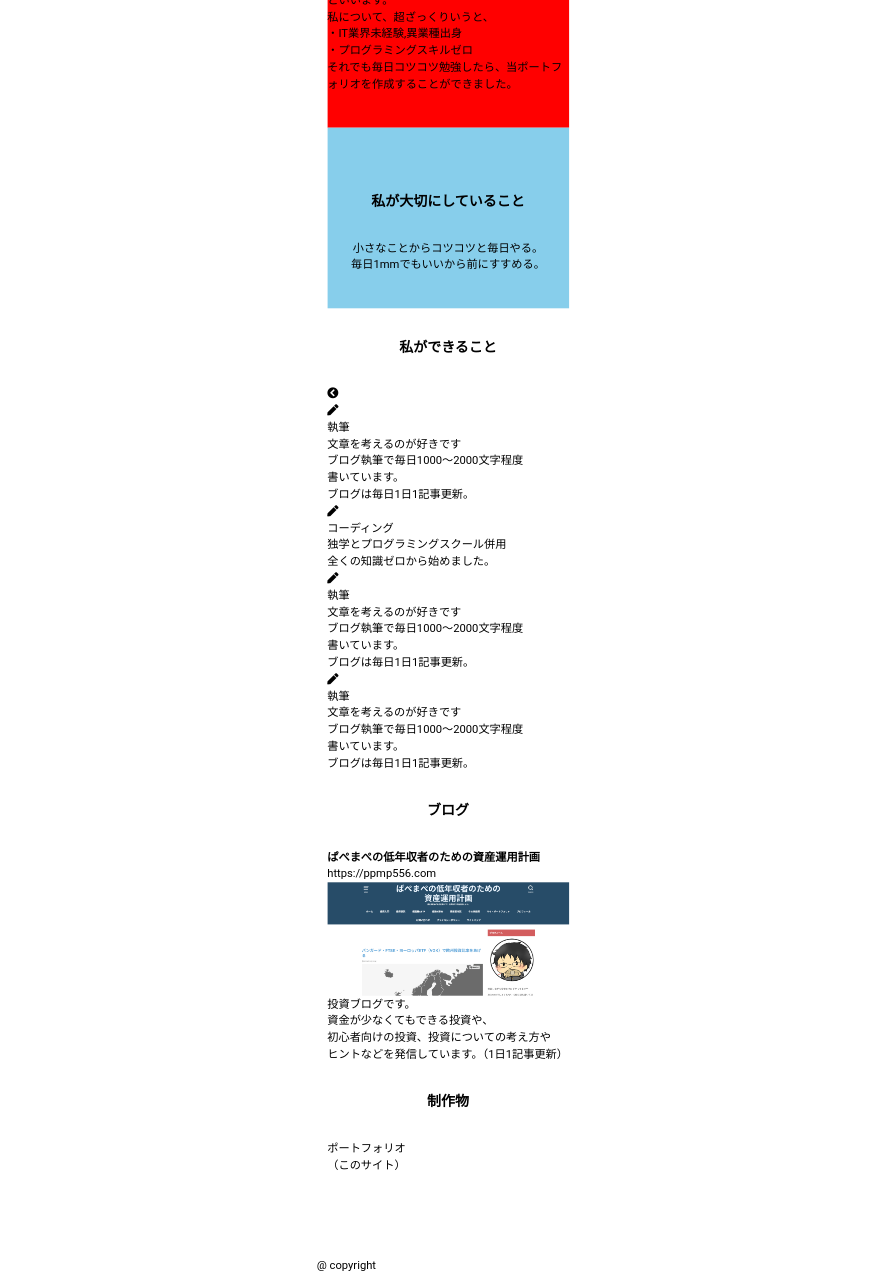
Repository: ppmp556/portfolio6
Page: index copy.html
These files come from the project's save history. The page is drawn as it stood at one moment and after the next save; the edit follows.
The browser window is 1280 px wide. The pictures show the part of the page from y = 1269 to 3189 px (the page is 3089 px tall before and 3189 px after), at 70% of full size.
Some web libraries are served in a nearby version. The style sheet was rebuilt from its Sass, Less or Tailwind sources for each picture, by a compiler version that may differ from the author's.

Above is the page before, as saved 2020-10-11 21:52:40.
Console error: TypeError: Cannot read properties of null (reading 'addEventListener')

After the next save:
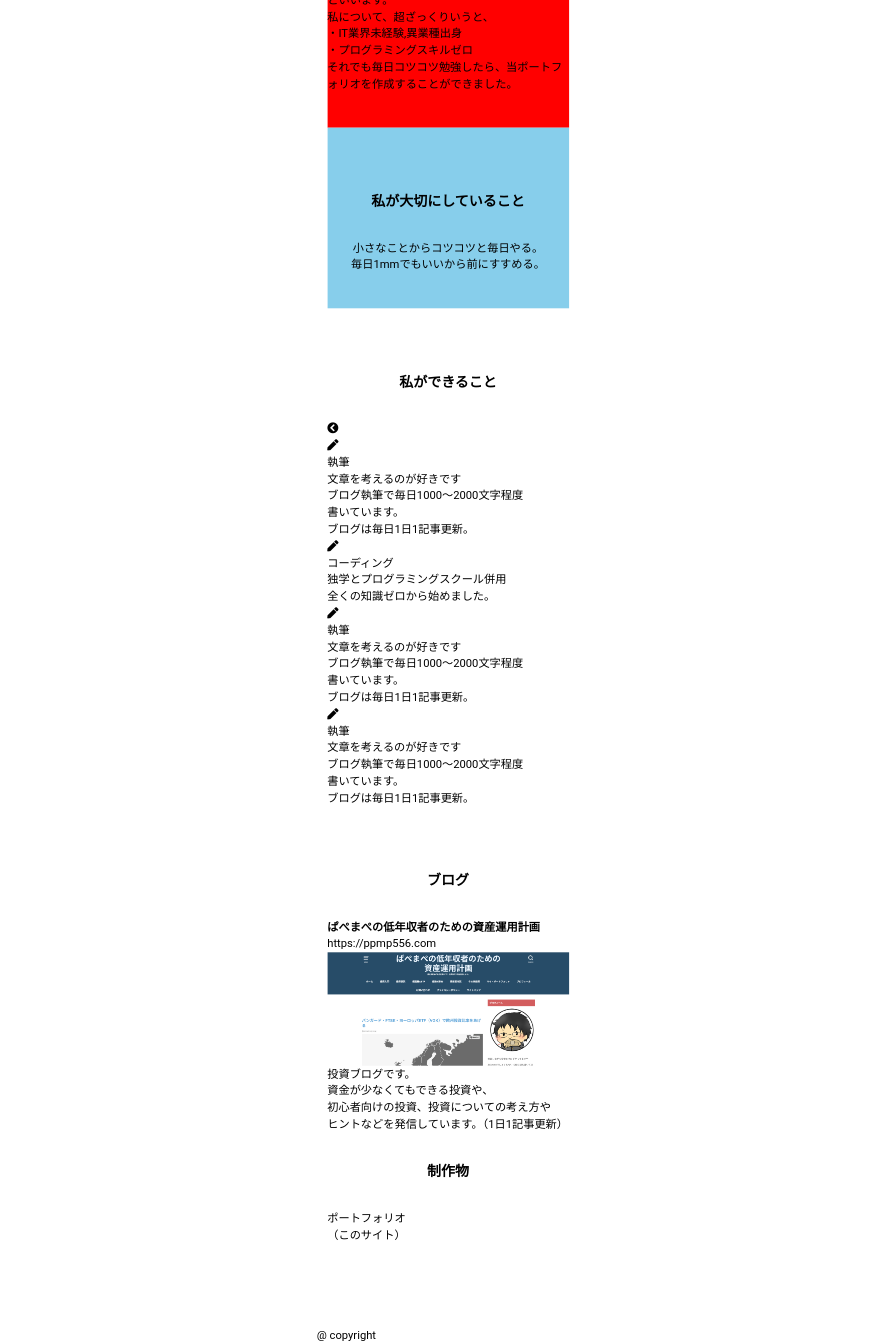
Saved 75 s later.
--- a/css/main.scss
+++ b/css/main.scss
@@ -220,15 +220,28 @@ policy
 
     &_txt {
         text-align: center;
-    }
-}
-
-
-
-
-
-
-
+
+    }
+}
+
+
+
+
+
+
+
+
+
+/****************************************:
+
+skill
+
+*****************************************:*/
+
+
+.skill {
+    padding: 50px 0;
+}
 
 
 
